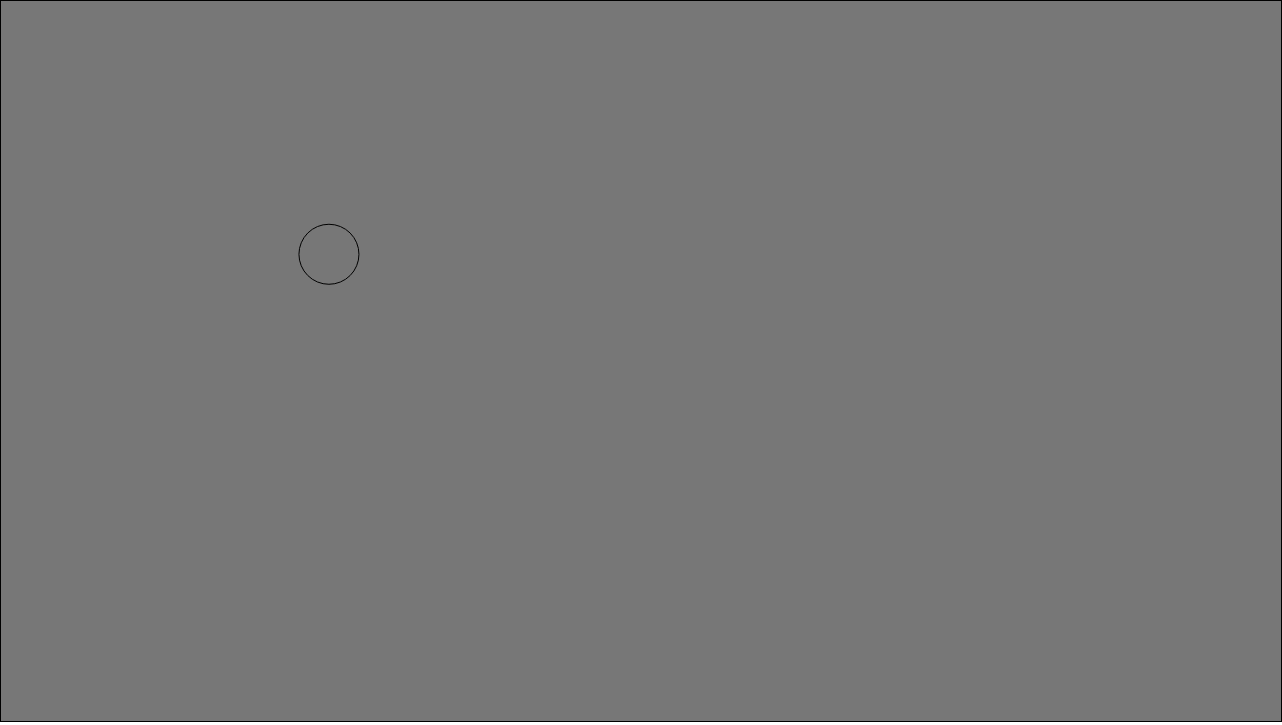
Repository: tenlekdan/particle-effect
Page: inidex.html
The author's editor kept a copy of each file at every save. The page is drawn from the files as they stood at one save, then again after the next save.
The browser window is 1280 px wide. The page is 1282 px wide, so the pictures cover 1282 px, including what lies to the right of the window. The pictures show the whole page.

Above is the page before, as saved 2019-12-26 15:54:50.

After the next save:
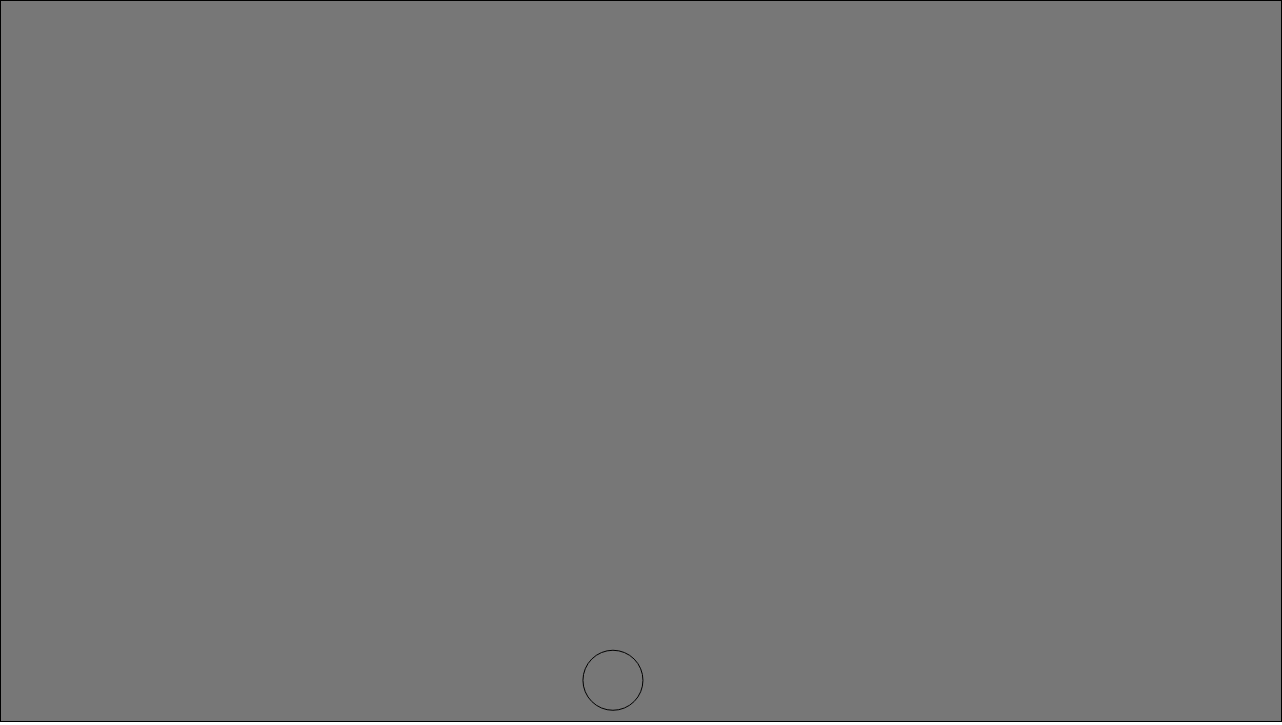
Saved 10 s later.
--- a/canvas.js
+++ b/canvas.js
@@ -21,8 +21,8 @@
     let x = Math.random() * innerWidth;
     let y = Math.random() * innerHeight;
     let radius = 30;
-    let dx = 8;
-    let dy = 8;
+    let dx = 5;
+    let dy = 5;
 
     var animate = () => {
         requestAnimationFrame(animate);
